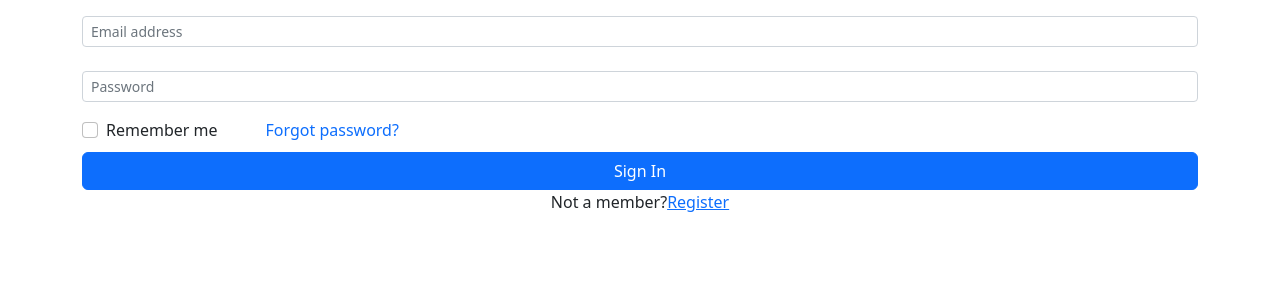
Repository: NPhanA/React2022
Page: / (app in Day 03-React/exercise/)
The author's editor kept a copy of each file at every save. The page is drawn from the files as they stood at one save, then again after the next save.
The browser window is 1280 px wide. The pictures show the whole page.
The project was rebuilt for these pictures with package versions that can differ from the ones it lists, and the page was loaded fresh each time. Also part of the build but not shown: Day 03-React/exercise/src/App.css, Day 03-React/exercise/src/App.js, Day 03-React/exercise/src/Components/UserAgent.js, Day 03-React/exercise/src/Components/ProfileCard.js.

Above is the page before, as saved 2022-07-26 22:29:17.

### Day 03-React/exercise/src/index.js
import React from 'react';
import ReactDOM from 'react-dom/client';
import './index.css';
import App from './App';
import reportWebVitals from './reportWebVitals';
import 'bootstrap/dist/css/bootstrap.min.css';
import {createRoot} from 'react-dom/client';
import UserAgent from './Components/UserAgent';
import App1 from './Components/ProfileCard';
import ProfileCard from './Components/ProfileCard';
import SignInForm from './Components/SignInForm';
const container = document.getElementById('root');
const root = createRoot(container);
root.render(<SignInForm />);

### Day 03-React/exercise/src/Components/SignInForm.js
function SignInForm() {
    return (
        <div className="container ">
            <div className="row justify-content-center ">
                <div className="col-xs-12 col-xxl-4">
                <form className="form-inline">
                    <div className="col-xs-12 col-xxl-12">
                        <input type="email" className="form-control form-control-sm mt-3 mb-4" placeholder="Email address" required></input>
                        <input type="password" className="form-control form-control-sm" placeholder="Password" required></input>
                    </div>
                    <div class="form-check mt-3 ">
                        <input className="form-check-input" type="checkbox" value="" id="flexCheckDefault"></input>
                        <label class="form-check-label" for="flexCheckDefault">
                            Remember me
                        </label>
                        <span className="text-primary ms-5">Forgot password?</span>
                    </div>
                    <div class="d-grid gap-2">
                        <button class="btn btn-primary mt-2" type="button">Sign In</button>
                    </div>
                    <p className="text-center">Not a member?<a href="#" >Register</a></p>
                </form>
                </div>
            </div>
        </div>
    );
}

export default SignInForm;

Loaded but not shown: Day 03-React/exercise/public/index.html (common file); Day 03-React/exercise/src/index.css (common file); Day 03-React/exercise/src/reportWebVitals.js (common file)

After the next save:
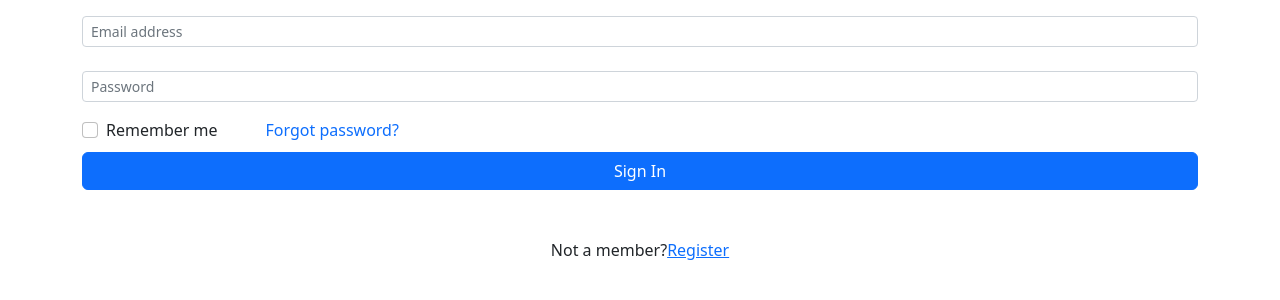
Saved 14 s later.
--- a/Day 03-React/exercise/src/Components/SignInForm.js
+++ b/Day 03-React/exercise/src/Components/SignInForm.js
@@ -18,7 +18,7 @@ function SignInForm() {
                     <div class="d-grid gap-2">
                         <button class="btn btn-primary mt-2" type="button">Sign In</button>
                     </div>
-                    <p className="text-center">Not a member?<a href="#" >Register</a></p>
+                    <p className="text-center mt-5">Not a member?<a href="#" >Register</a></p>
                 </form>
                 </div>
             </div>
